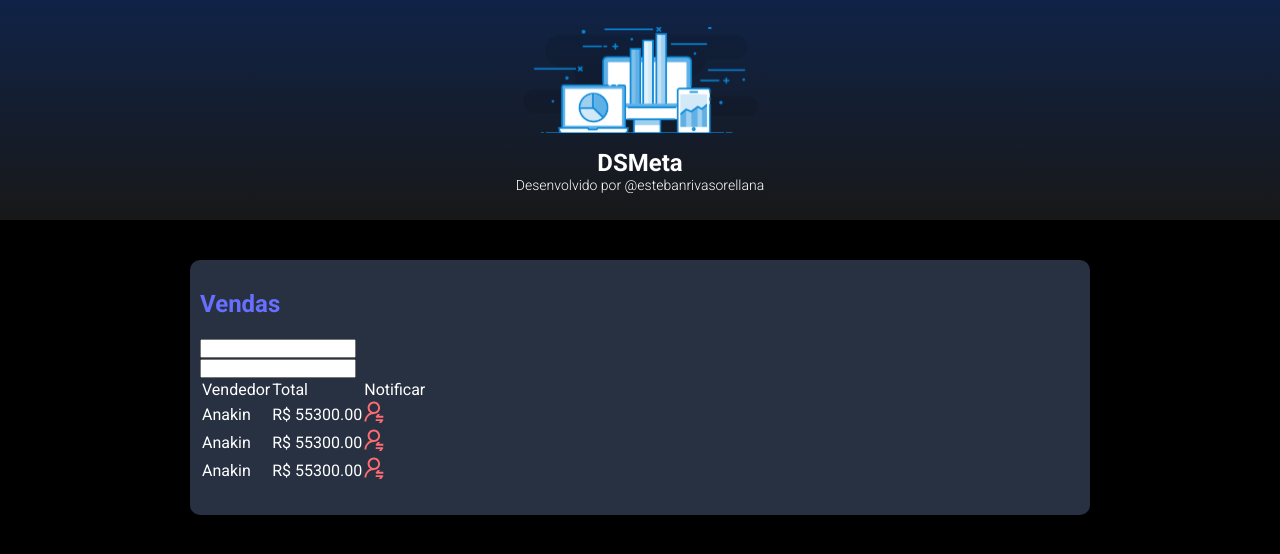
Repository: estebanrivas/dsmeta-css
Page: index.html
An editor plug-in stored every save of this project. The page is shown before and after a run of saves, followed by the edit.
The browser window is 1280 px wide. The pictures show the whole page.

Above is the page before, as saved 2022-09-08 21:46:42.

After the next 2 saves:
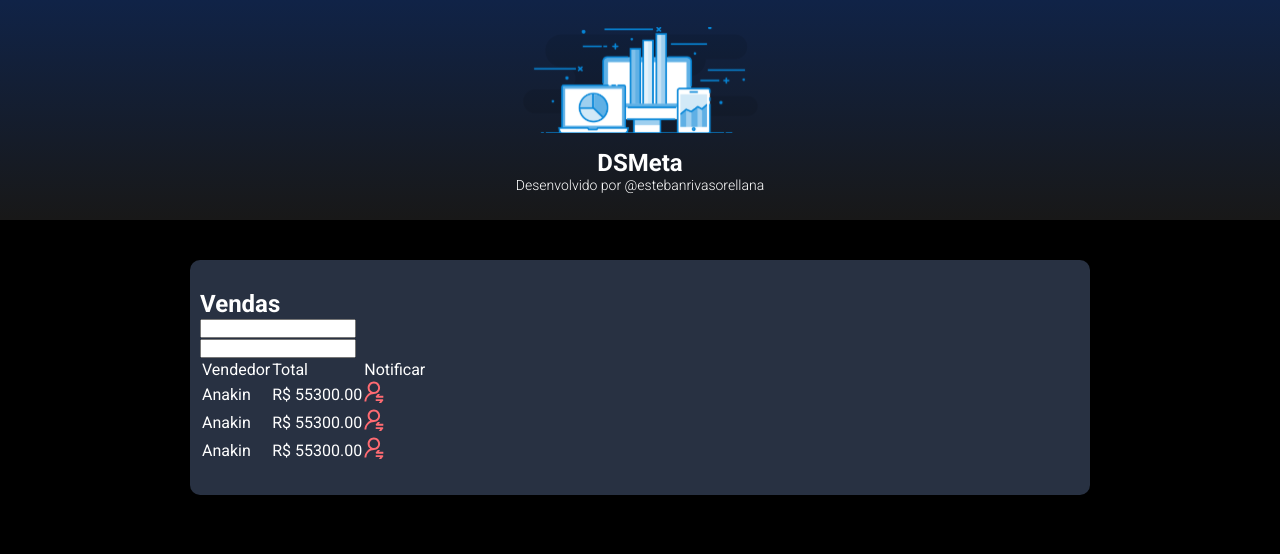
The 2 saves are shown as one change because they came seconds apart.
The last was saved 34 s later.
--- a/css/styles.css
+++ b/css/styles.css
@@ -65,6 +65,8 @@ header {
   padding: 30px 10px;
 }
 
+.dsmeta-
+
 .dsmeta-sales-title{
     color: #676FFF;
     font-size: 24px;

After the save that followed:
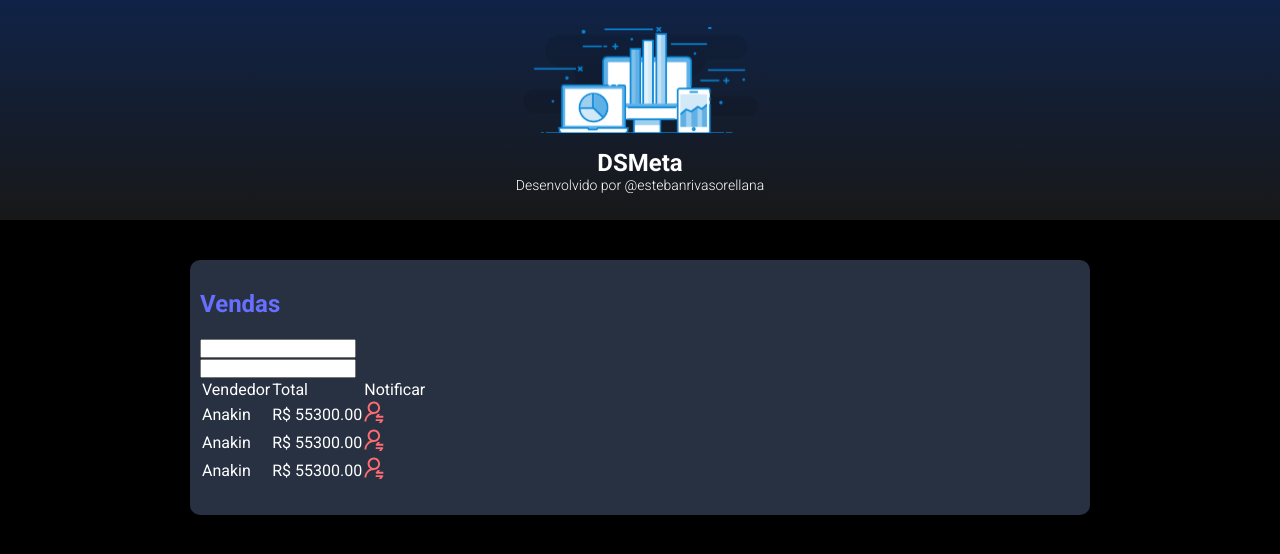
Saved 10 s later.
--- a/css/styles.css
+++ b/css/styles.css
@@ -65,7 +65,9 @@ header {
   padding: 30px 10px;
 }
 
-.dsmeta-
+.dsmeta-form-control{
+
+}
 
 .dsmeta-sales-title{
     color: #676FFF;
